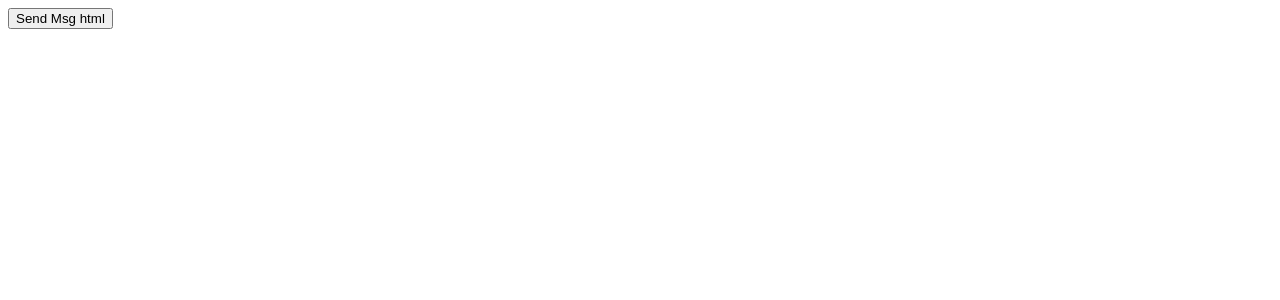
Repository: yuqiyich/chat_server
Page: src/main/resources/templates/main.html
These files come from the project's save history. The page is drawn as it stood at one moment and after the next save; the edit follows.
The browser window is 1280 px wide. The pictures show the whole page.

Above is the page before, as saved 2020-02-20 21:08:03.

After the next save:
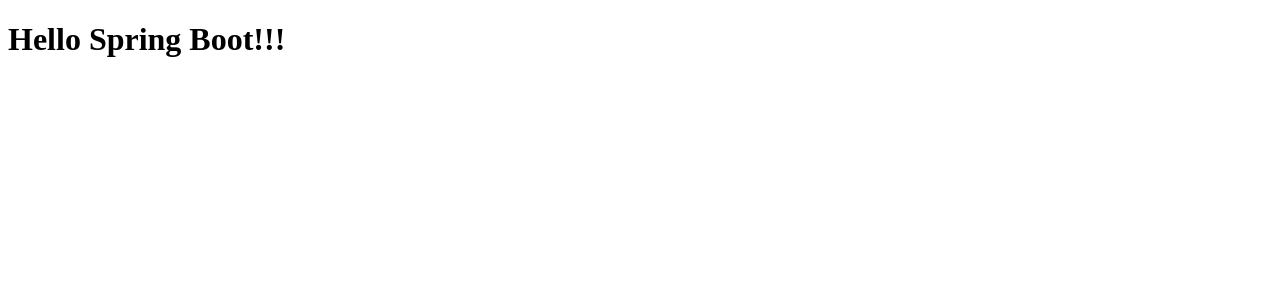
Saved 106 s later.
--- a/src/main/resources/templates/main.html
+++ b/src/main/resources/templates/main.html
@@ -1,10 +1,10 @@
-<!DOCTYPE HTML PUBLIC "-//W3C//DTD HTML 4.01 Transitional//EN">
-<html>
+<!DOCTYPE html>
+<html lang="en" xmlns:th="http://www.w3.org/1999/xhtml">
 <head>
-<title>main</title>
+    <meta charset="UTF-8"/>
+    <title>第一个HTML页面</title>
 </head>
-
 <body>
-	<button onclick="">Send Msg html</button>
+<h1>Hello Spring Boot!!!</h1>
 </body>
 </html>
